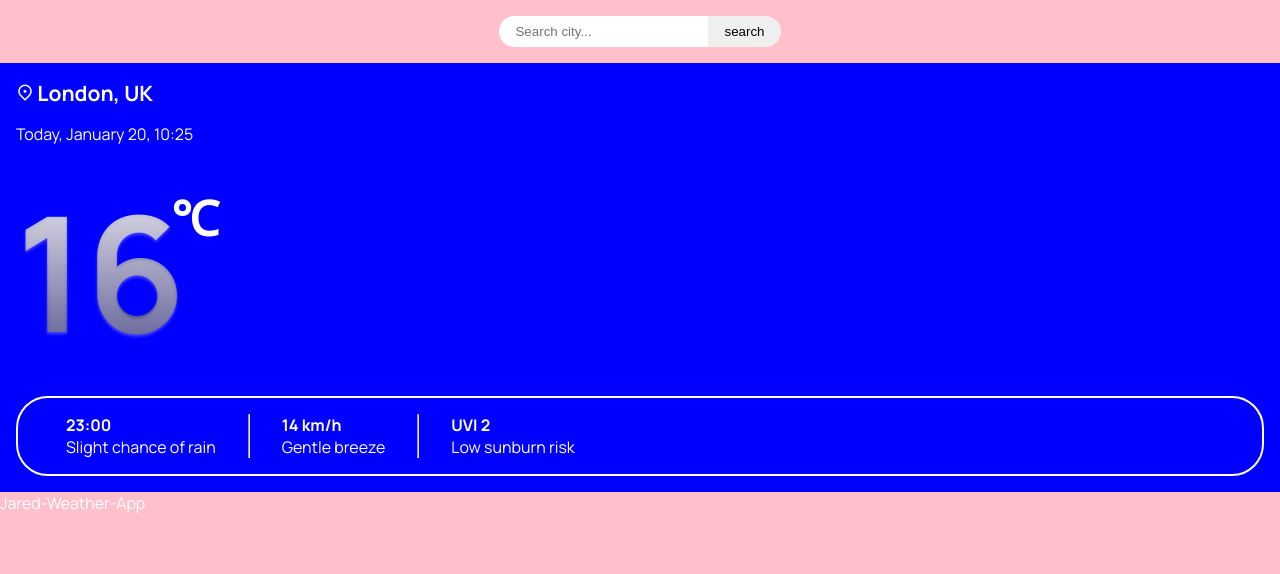
Repository: EguJaredoBoyd/Jared-Weather-App
Page: main.html
These files come from the project's save history. The page is drawn as it stood at one moment and after the next save; the edit follows.
The browser window is 1280 px wide. The pictures show the whole page.
Some icons come from a web library that is not loaded, so they are not drawn. Some web libraries are served in a nearby version.

Above is the page before, as saved 2026-01-23 22:23:28.

### main.html
<!doctype html>
<html lang="en">
  <head>
    <meta charset="UTF-8" />
    <meta name="viewport" content="width=device-width, initial-scale=1.0" />
    <link rel="preconnect" href="https://fonts.googleapis.com" />
    <link rel="preconnect" href="https://fonts.gstatic.com" crossorigin />
    <link
      href="https://fonts.googleapis.com/css2?family=Manrope:wght@200..800&display=swap"
      rel="stylesheet"
    />
    <link
      href="https://cdn.jsdelivr.net/npm/remixicon@4.8.0/fonts/remixicon.css"
      rel="stylesheet"
    />
    <link
      href="https://unpkg.com/boxicons@2.1.4/css/boxicons.min.css"
      rel="stylesheet"
    />
    <link rel="stylesheet" href="./css/styles.css" />
    <title>Jared-Weather-App</title>
  </head>
  <body class="weather-app">
    <div class="weather-app__container">
      <header>
        <div class="search-place">
          <input
            type="text"
            placeholder="Search city..."
            aria-label="Search city"
          />
          <button>search</button>
        </div>
      </header>
      <main>
        <section class="current-weather">
          <div class="place-searched">
            <i class="ri-map-pin-2-line"></i>
            <h3 class="city-name">London, UK</h3>
          </div>
          <div class="date-today">
            <time datetime="2026-01-20T10:25">Today, January 20, 10:25</time>
          </div>
          <div class="place-temperature">
            <span class="place-temperature__measure"><h3>16</h3></span>
            <span class="place-temperature__degree"><h3>℃</h3></span>
          </div>
          <div class="place-forecast">
            <article class="forecast-item forecast-item--weather">
              <time datetime="23:00"><h4>23:00</h4></time>
              <p>Slight chance of rain</p>
            </article>
            <hr />

            <article class="forecast-item forecast-item--wind">
              <h4>14 km/h</h4>
              <p>Gentle breeze</p>
            </article>
            <hr />

            <article class="forecast-item forecast-item--uv">
              <h4>UVI 2</h4>
              <p>Low sunburn risk</p>
            </article>
          </div>
        </section>
        <section class="swipe-section">
          <!-- Hourly and daily forecast will slide in here! -->
        </section>
      </main>
      <footer>
        <div><p>Jared-Weather-App</p></div>
      </footer>
    </div>
  </body>
</html>

### css/styles.css
/* ==== CSS RESET ==== */
*,
*::before,
*::after {
  margin: 0;
  padding: 0;
  box-sizing: border-box;
  /* outline: 1px solid red; */
}

:root {
  --background-color: #03045e;
  --text-color: white;
}

html {
  font-size: 16px;
}

body {
  font-family: "Manrope", sans-serif;
  background-color: var(--background-color);
  color: var(--text-color);
}

.weather-app__container {
  display: flex;
  flex-direction: column;
  background-color: pink;
  height: 100vh;
}

.search-place {
  display: flex;
  justify-content: center;
  padding: 1rem;
}

.search-place input {
  padding: 0.5rem 1rem;
  border: none;
  border-bottom-left-radius: 1rem;
  border-top-left-radius: 1rem;
}

.search-place button {
  border: none;
  border-top-right-radius: 1rem;
  border-bottom-right-radius: 1rem;
  padding: 0.5rem 1rem;
}

main {
  background-color: blue;
  display: flex;
  flex-direction: column;
  padding: 1rem;
}

.current-weather {
  display: flex;
  flex-direction: column;
  row-gap: 1rem;
}

.place-searched {
  display: flex;
  align-items: center;
  column-gap: 0.2rem;
  font-size: large;
}

.place-temperature {
  display: flex;
  align-items: center;
  position: relative;
}

.place-temperature__measure h3 {
  font-size: 10rem;
  background: linear-gradient(to bottom, white, var(--background-color));
  -webkit-background-clip: text;
  background-clip: text;
  -webkit-text-fill-color: transparent;
  text-shadow: 0 2px 3px rgba(243, 235, 235, 0.3);
}

.place-temperature__degree h3 {
  font-size: 3rem;
  position: absolute;
  top: 1.5rem;
  left: 9.7rem;
}

.place-forecast {
  display: flex;
  border: 2px solid white;
  border-radius: 2rem;
  padding: 1rem;
}

.forecast-item {
  padding: 0 2rem;
}

After the next save:
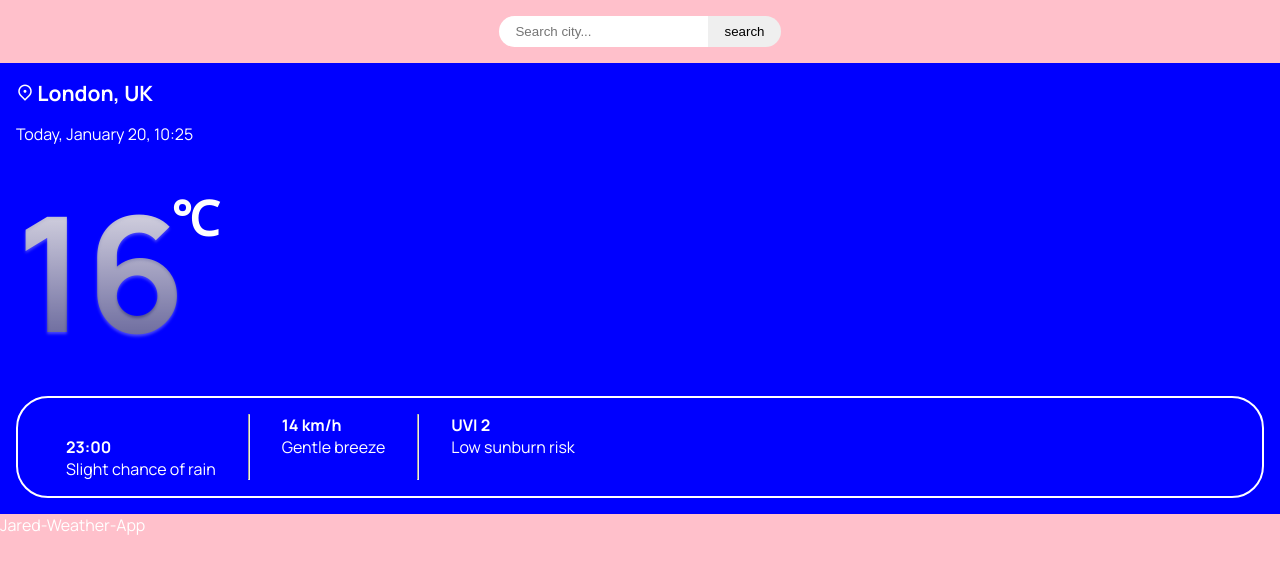
Saved 2 min 3 s later.
--- a/main.html
+++ b/main.html
@@ -47,7 +47,10 @@
           </div>
           <div class="place-forecast">
             <article class="forecast-item forecast-item--weather">
-              <time datetime="23:00"><h4>23:00</h4></time>
+              <time datetime="23:00"
+                ><i class="bx bx-sun-rain"></i>
+                <h4>23:00</h4></time
+              >
               <p>Slight chance of rain</p>
             </article>
             <hr />
